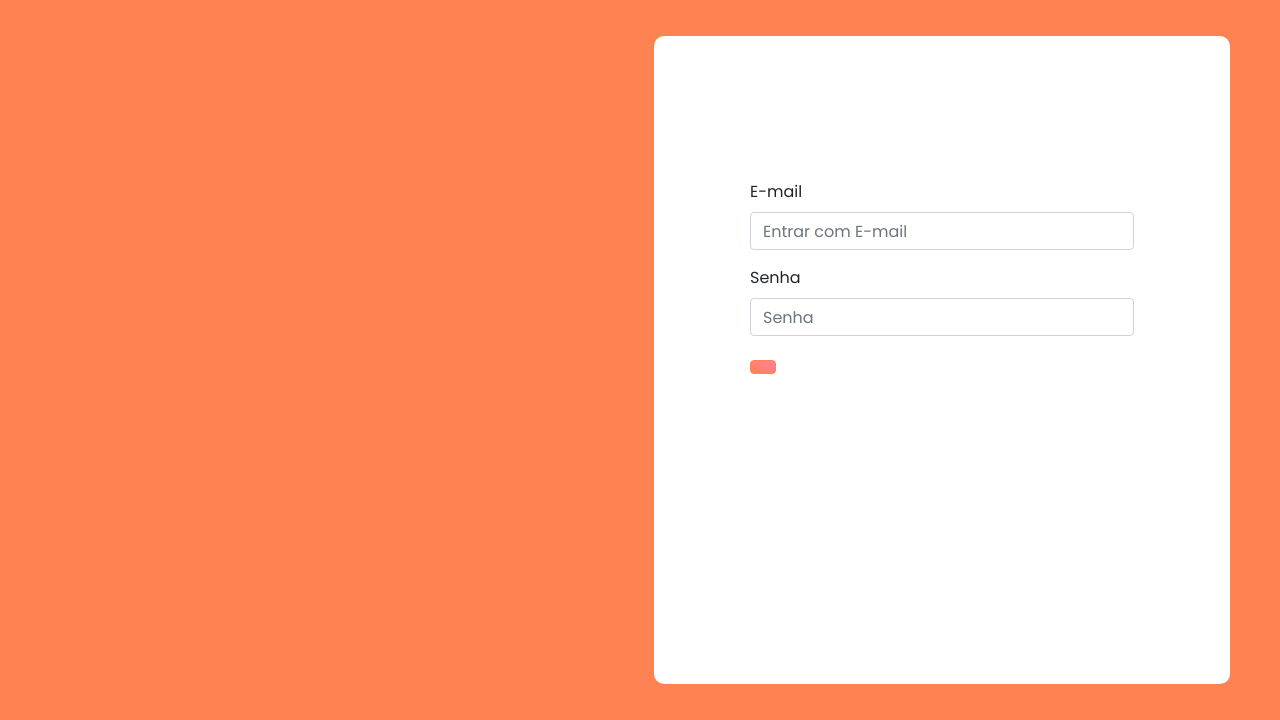
Repository: MilenaMelo/WebSite-PetCheers
Page: /login
These files come from the project's save history. The page is drawn as it stood at one moment and after the next save; the edit follows.
The browser window is 1280 px wide. The pictures show the whole page.
The project was rebuilt for these pictures with package versions that can differ from the ones it lists, and the page was loaded fresh each time.

Above is the page before, as saved 2020-08-26 22:20:24.

After the next save:
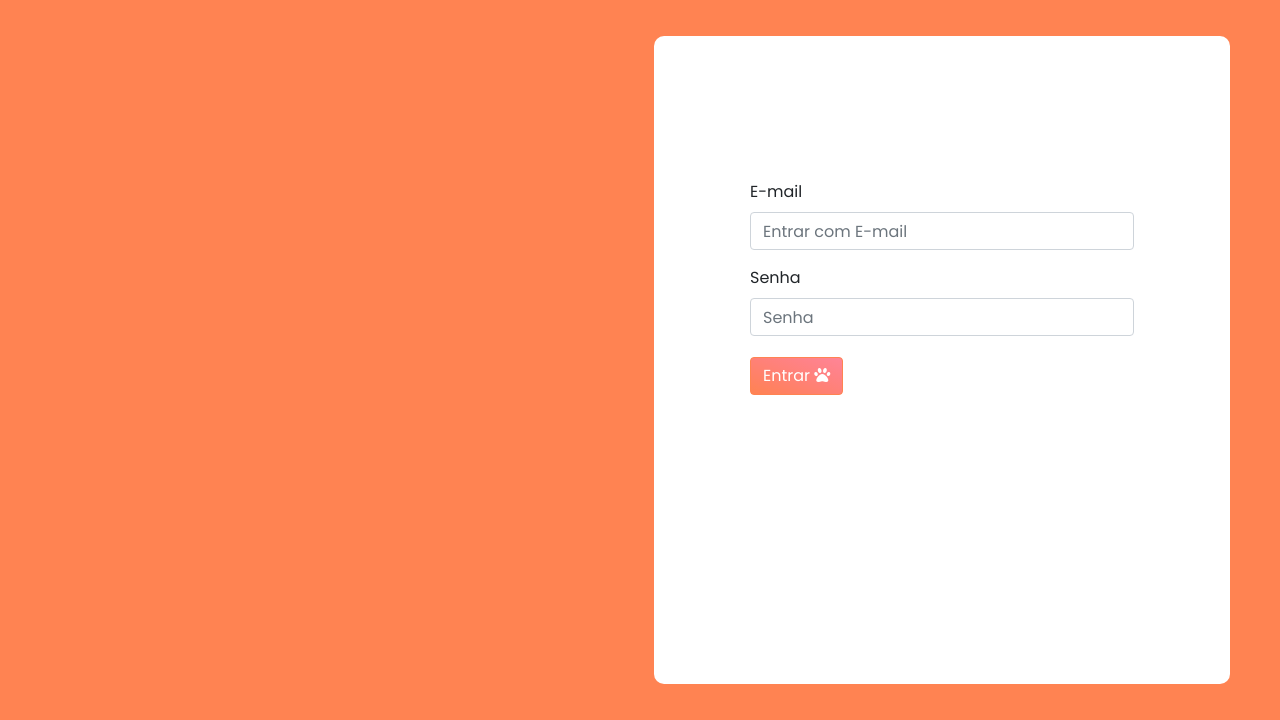
Saved 69 s later.
--- a/src/pages/login/Login.vue
+++ b/src/pages/login/Login.vue
@@ -40,7 +40,7 @@
           <template v-if="loding">
             <i class="fa fa-paw"></i>
           </template>
-          <template v-if="loding">
+          <template v-else>
             Entrar
             <i class="fa fa-paw"></i>
           </template>
